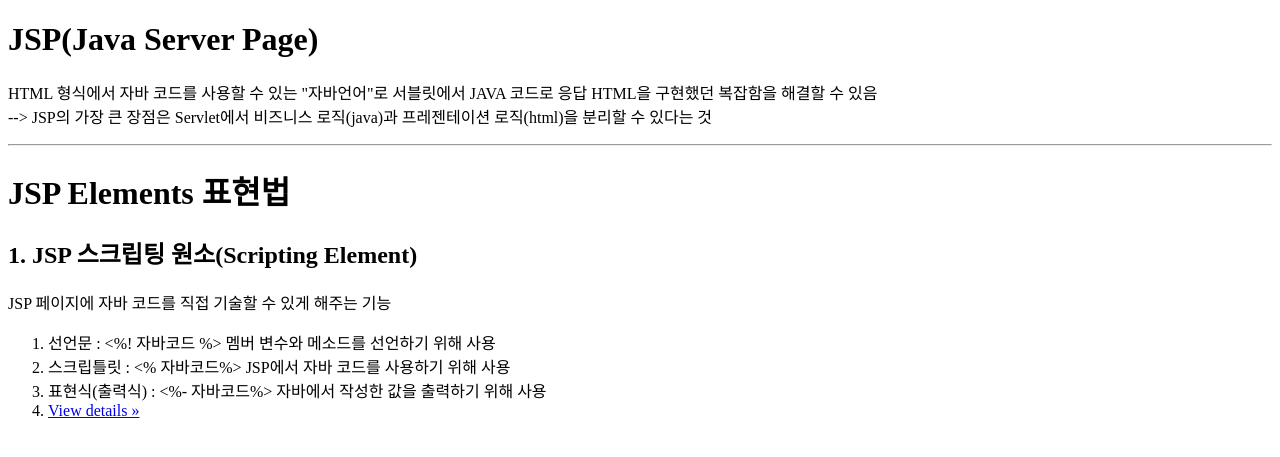
Repository: chuhj1226/servlet
Page: workspace/2_JSP/WebContent/index.html
An editor plug-in stored every save of this project. The page is shown before and after the next save, followed by the edit.
The browser window is 1280 px wide. The pictures show the whole page.

Above is the page before, as saved 2021-10-05 08:07:30.

After the next save:
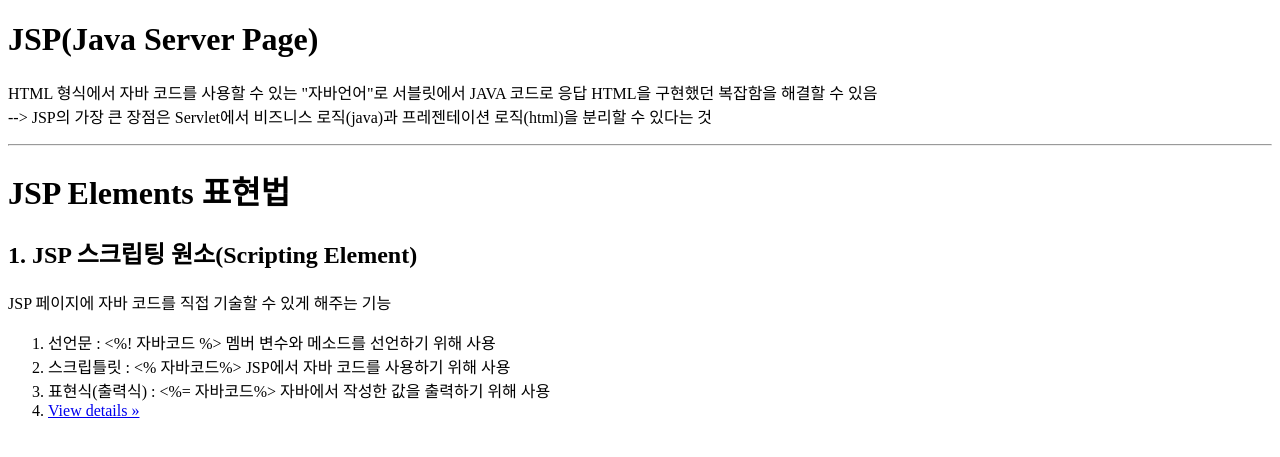
Saved 21 s later.
--- a/workspace/2_JSP/WebContent/index.html
+++ b/workspace/2_JSP/WebContent/index.html
@@ -25,7 +25,7 @@
 				멤버 변수와 메소드를 선언하기 위해 사용</li>
 			<li>스크립틀릿 : &lt;% 자바코드%&gt;
 				JSP에서 자바 코드를 사용하기 위해 사용</li>
-			<li>표현식(출력식) : &lt;%- 자바코드%&gt;
+			<li>표현식(출력식) : &lt;%= 자바코드%&gt;
 				자바에서 작성한 값을 출력하기 위해 사용</li>
 			<li><a href="views/01_sum.jsp">View details &raquo;</a>
 		</ol>
